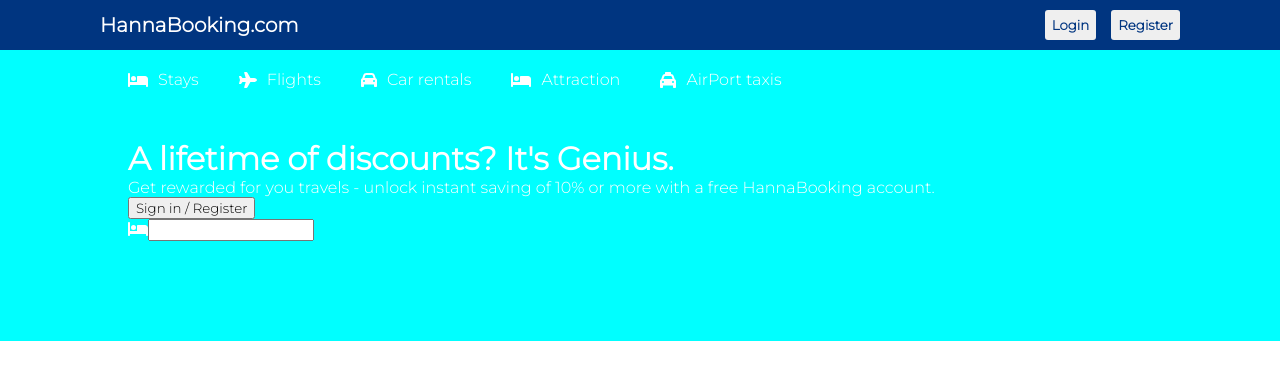
Repository: truongnguyenuit/BookingWebApp
Page: /
The author's editor kept a copy of each file at every save. The page is drawn from the files as they stood at one save, then again after the next save.
The browser window is 1280 px wide. The pictures show the whole page.
The project was rebuilt for these pictures with package versions that can differ from the ones it lists, and the page was loaded fresh each time.

Above is the page before, as saved 2022-05-26 15:40:12.

### public/index.html
<!DOCTYPE html>
<html lang="en">
  <head>
    <meta charset="utf-8" />
    <meta name="viewport" content="width=device-width, initial-scale=1" />
    <meta
      name="description"
      content="Web site created using create-react-app"
    />
    <link
      href="https://fonts.googleapis.com/css2?family=Montserrat:wght@300&display=swap"
      rel="stylesheet"
    >
    <style>
      *{
        font-family: 'Montserrat', sans-serif;
        margin: 0;
      }
    </style>

    <title>HannaBooking</title>
  </head>
  <body>
    <noscript>You need to enable JavaScript to run this app.</noscript>
    <div id="root"></div>
  </body>
</html>

### src/App.js
import Home from "./pages/home/Home";
function App() {
  return (
    <Home />
  );
}

export default App;

### src/pages/home/Home.jsx
import React from 'react'
import Header from '../../components/header/Header';
import Navbar from '../../components/navbar/Navbar';
const Home = () => {
  return (
    <div>
      <Navbar />
      <Header />
    </div>
  )
}
export default Home;

### src/components/header/Header.jsx
import {
    faBed,
    faCalendarDays,
    faCar,
    faPerson,
    faPlane,
    faTaxi,
} from "@fortawesome/free-solid-svg-icons";
import { FontAwesomeIcon } from "@fortawesome/react-fontawesome";
import "./header.css";
// import { DateRange } from "react-date-range";
import { useState } from "react";
// import "react-date-range/dist/styles.css"; // main css file
// import "react-date-range/dist/theme/default.css"; // theme css file
// import { format } from "date-fns";
import { useNavigate } from "react-router-dom";
const Header = ({ type }) => {
    const [destination, setDestination] = useState("");
    const [openDate, setOpenDate] = useState(false);
    const [date, setDate] = useState([
        {
            startDate: new Date(),
            endDate: new Date(),
            key: "selection",
        }
    ]);
    const [openOptions, setOpenOptions] = useState(false);
    const [options, setOptions] = useState({
        adult: 1,
        children: 0,
        room: 1,
    });

    //const navigate = useNavigate();
    return (
        <div className="header">
            <div className="headerContainer">
                <div className="headerList">
                    <div className="headerListItem">
                        <FontAwesomeIcon icon={faBed} />
                        <span>Stays</span>
                    </div>
                    <div className="headerListItem">
                        <FontAwesomeIcon icon={faPlane} />
                        <span>Flights</span>
                    </div>
                    <div className="headerListItem">
                        <FontAwesomeIcon icon={faCar} />
                        <span>Car rentals</span>
                    </div>
                    <div className="headerListItem">
                        <FontAwesomeIcon icon={faBed} />
                        <span>Attraction</span>
                    </div>
                    <div className="headerListItem">
                        <FontAwesomeIcon icon={faTaxi} />
                        <span>AirPort taxis</span>
                    </div>
                </div>
                <>
                    <h1 className="HeaderTitle">
                        A lifetime of discounts? It's Genius.
                    </h1>
                    <p className="headerDesc">
                        Get rewarded for you travels - unlock instant saving of 10% or
                        more with a free HannaBooking account.
                    </p>
                    <button className="headerBtn">Sign in / Register</button>
                    <div className="headerSearch">
                        <div className="headerSearchItem">
                            <FontAwesomeIcon icon={faBed} className="headerIcon" />
                            <input type="text"
                                placeholder=""
                            />
                        </div>
                    </div>


                </>
            </div>
        </div>
    )
}
export default Header;

### src/components/navbar/Navbar.jsx
import React from 'react'
import "./navbar.css"
const Navbar = () => {
  return (
    <div className="navbar">
      <div className="navContainer">
        <span className="logo">HannaBooking.com</span>
        <div className="navItems">
          <button className="navButton">Login</button>
          <button className="navButton">Register</button>
        </div>
      </div>
    </div>
  )
}
export default Navbar;

### src/components/header/header.css
.header {
    background-color:aqua;
    color: white;
    display: flex;
    justify-content: center;
    position: relative;
}
.headerContainer {
    width:  100%;
    max-width: 1024px;
    margin: 20px 0px 100px 0px;
}
.headerList {
    display: flex;
    gap: 40px;
    margin-bottom: 50px;
}
.headerListItem {
    display: flex;
    align-items: center;
    gap: 10px;
}

### src/components/navbar/navbar.css
.navbar {
    height: 50px;
    background-color: #003580;
    display: flex;
    justify-content: center;
}
.navContainer {
    width: 100%;
    display: flex;
    justify-content: space-between;
    align-items: center;
    padding-left: 100px;
    padding-right: 100px;
}
.logo {
    font-weight: bold;
    font-size:20px ;
    color: white;
}
/* .navItems {
    width: 10.5%;
    display: flex;
    justify-content: space-between;
} */
.navButton {
    padding: 7px;
    border: none;
    border-radius: 3px;
    font-weight: bold;
    color: #003580;
    margin-left: 15px;
}

Loaded but not shown: src/index.js (common file)

After the next save:
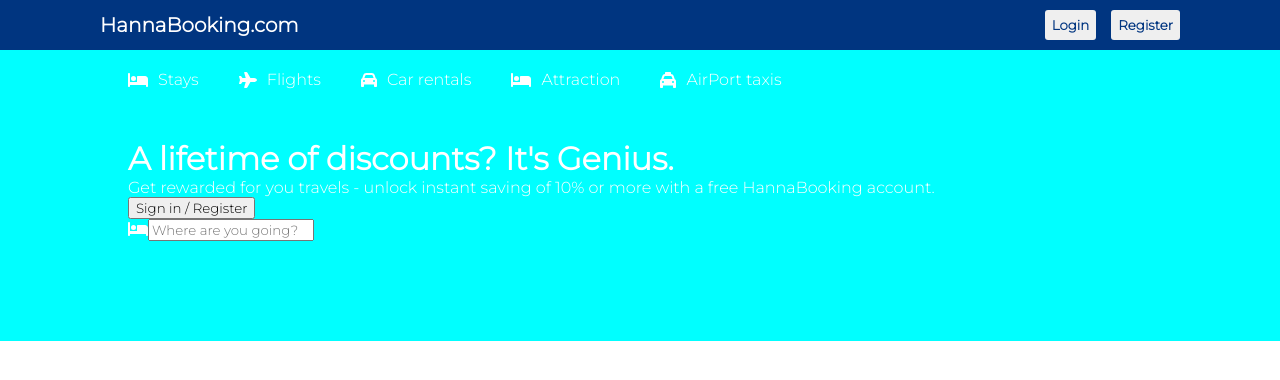
Saved 13 s later.
--- a/src/components/header/Header.jsx
+++ b/src/components/header/Header.jsx
@@ -70,7 +70,7 @@ const Header = ({ type }) => {
                         <div className="headerSearchItem">
                             <FontAwesomeIcon icon={faBed} className="headerIcon" />
                             <input type="text"
-                                placeholder=""
+                                placeholder="Where are you going?"
                             />
                         </div>
                     </div>
